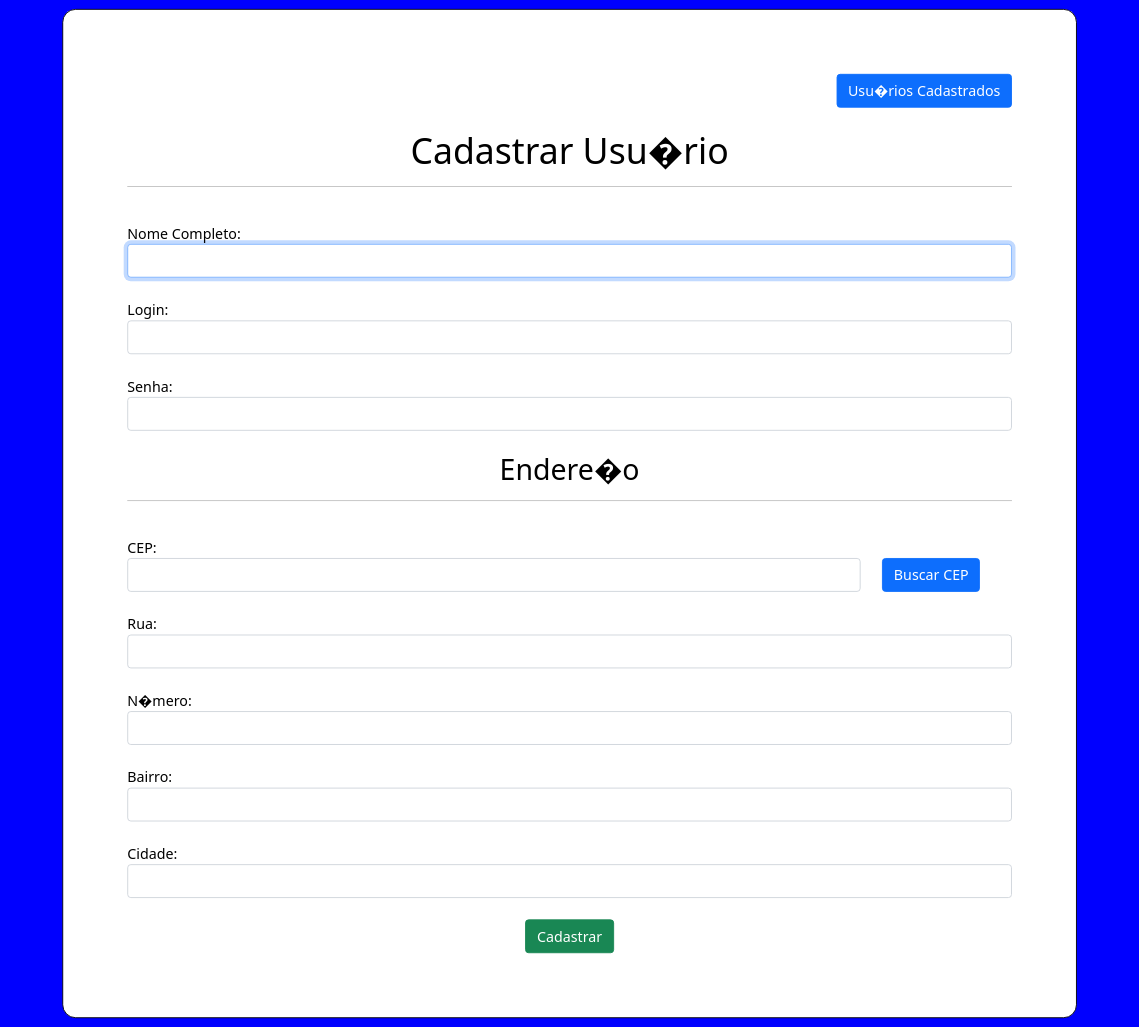
Repository: Magicianred/spring-mvc
Page: http://localhost/index
The author's editor kept a copy of each file at every save. The page is drawn from the files as they stood at one save, then again after the next save.
The browser window is 1280 px wide. The pictures show the whole page, at 89% of full size.
The page is this project's Thymeleaf template; nobody is signed in. The template is opened directly, without the code that normally fills it, so the values that code supplies are empty.

Above is the page before, as saved 2021-01-13 02:36:37.

### springmvc/src/main/resources/templates/index.html
<!DOCTYPE html>
<html xmlns="http://www.w3.org/1999/xhtml"
xmlns:th="http://www.thymeleaf.org"
xmlns:layout="http://www.ultraq.net.nz/thymeleaf/layout">

<head>
	<link th:href="@{/css/bootstrap.min.css}" rel="stylesheet"/>
	<link th:href="@{/css/estilo.css}" rel="stylesheet"/>
	<meta charset="ISO-8859-1">
	<title>CRUD MVC</title>
</head>
<body>
	<div id="formulario">
		<div align="right">
			<a th:href="@{/usuarios}"><button class="btn btn-primary" id="botao">Usuários Cadastrados</button></a>
		</div>
		<br />

		<h1 align="center">Cadastrar Usuário</h1>
		<hr><br/>

		<div class="form-group">
			<label>Nome Completo:</label> <br />
			<input class="form-control" type="text" name="nome" id="nome" autofocus />
		</div>
		<br />

		<div class="form-group">
			<label>Login:</label> <br />
			<input class="form-control" type="email" name="email" id="email" />
		</div>
		<br />

		<div class="form-group">
			<label>Senha:</label> <br />
			<input class="form-control" type="password" name="senha" id="senha" />
		</div>
		<br />

		<h2 align="center">Endereço</h2>
		<hr><br/>
		<div class="form-group row">
			<label>CEP:</label> <br />
			<div class="col-md-10"><input class="form-control" type="text" name="cep" id="cep" /></div>
			<div class="col-md-2"><button class="btn btn-primary" onclick="buscar()">Buscar CEP</button></div>
		</div>
		<br />

		<div class="form-group">
			<label>Rua:</label> <br />
			<input class="form-control" type="text" name="rua" id="rua" />
		</div>
		<br />

		<div class="form-group">
			<label>Número:</label> <br />
			<input class="form-control" type="text" name="numero" id="numero" />
		</div>
		<br />

		<div class="form-group">
			<label>Bairro:</label> <br />
			<input class="form-control" type="text" name="bairro" id="bairro" />
		</div>
		<br />

		<div class="form-group">
			<label>Cidade:</label> <br />
			<input class="form-control" type="text" name="cidade" id="cidade" />
		</div>
		<br />

		<div align="center">
			<button class="btn btn-success" onclick="cadastrar()" id="botao">Cadastrar</button>
		</div>

	</div>
</body>
</html>

### springmvc/src/main/resources/static/css/estilo.css
* {
	margin: 0;
	padding: 0;
}

body{
	background-color: blue;
	color: black;
	padding: 10px 70px 10px 70px;
}

#formulario{
	background-color: white;
	padding: 10vh;
	border-radius: 15px;
	border: 1px solid black;
}

thead{
	background-color: blue;
	color: white;
}

Loaded but not shown: springmvc/src/main/resources/static/css/bootstrap.min.css (library)

After the next save:
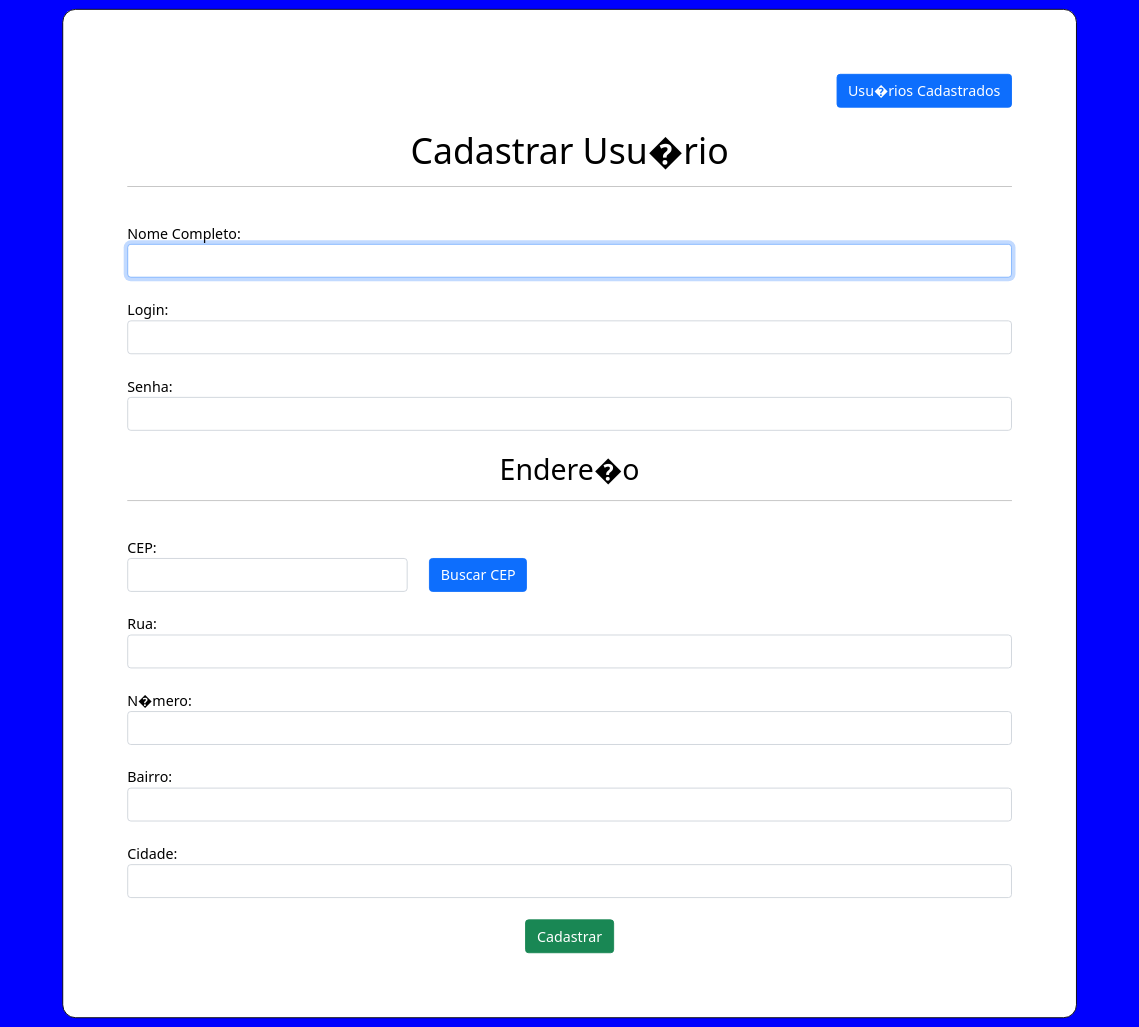
Saved 21 s later.
--- a/springmvc/src/main/resources/templates/index.html
+++ b/springmvc/src/main/resources/templates/index.html
@@ -41,8 +41,8 @@ xmlns:layout="http://www.ultraq.net.nz/thymeleaf/layout">
 		<hr><br/>
 		<div class="form-group row">
 			<label>CEP:</label> <br />
-			<div class="col-md-10"><input class="form-control" type="text" name="cep" id="cep" /></div>
-			<div class="col-md-2"><button class="btn btn-primary" onclick="buscar()">Buscar CEP</button></div>
+			<div class="col-md-4"><input class="form-control" type="text" name="cep" id="cep" /></div>
+			<div class="col-md-4"><button class="btn btn-primary" onclick="buscar()">Buscar CEP</button></div>
 		</div>
 		<br />
 
